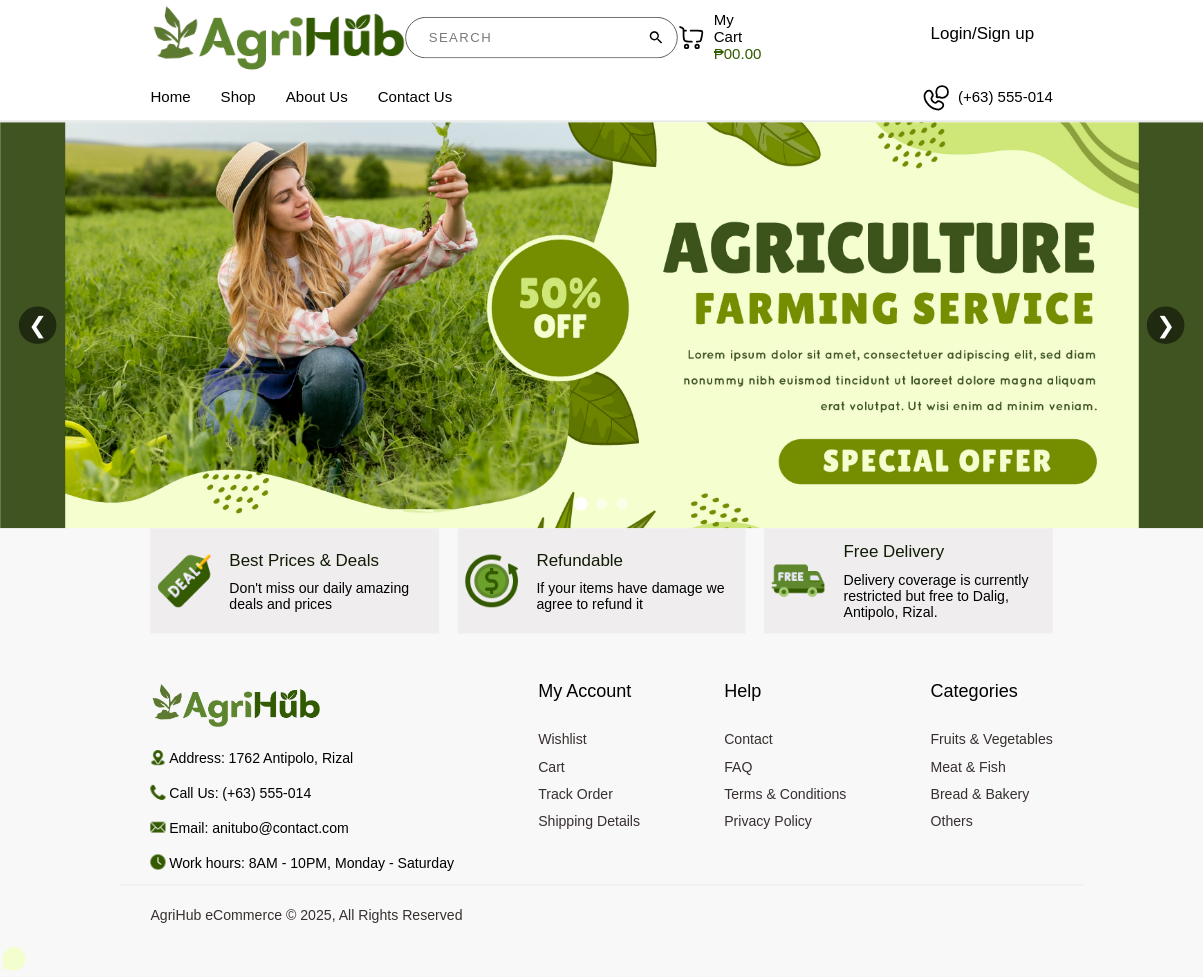
Repository: IamJanC/se2-final-project
Page: http://localhost/
These files come from the project's save history. The page is drawn as it stood at one moment and after the next save; the edit follows.
The browser window is 1280 px wide. The pictures show the whole page, at 94% of full size.
Some web fonts or font styles are not loaded; a fallback is used. The page is served by the project's application, run on Django 5.2 (manage.py). Other server files are loaded and not shown. Queries for data that is not in the repository find no rows.

Above is the page before, as saved 2025-08-10 09:30:53.
Console error: SyntaxError: Identifier 'chatLog' has already been declared

### adminpanel/templatetags/custom_filters.py
from django import template

register = template.Library()

@register.filter
def mul(value, arg):
    """Multiply two numbers safely (used for subtotal = price * quantity)."""
    try:
        return float(value) * float(arg)
    except (ValueError, TypeError):
        return 0

### templates/main/home.html
{% extends 'shared/base.html' %}
{% load static %}


{% block title %}Home{% endblock %}

{% block extra_head %}
<!-- Homepage-specific styles only -->
<link rel="stylesheet" href="{% static 'css/Homepage.css' %}" />
{% endblock %}


{% block content %}
<!-- === Main Starts Here ==== -->
<main class="page-main">

    <!-- === Carousel Section ==== -->
    <section class="carousel-section">
        <div class="carousel-container">
            <div class="carousel-slides">
                <div class="carousel-slide">
                    <img src="/static/images/Temporaries/temp agri banner.jpg" alt="Banner 3">
                </div>
                <div class="carousel-slide">
                    <img src="/static/images/Temporaries/temp agri banner.jpg" alt="Banner 1">
                </div>
                <div class="carousel-slide">
                    <img src="/static/images/Temporaries/temp agri banner.jpg" alt="Banner 2">
                </div>
            </div>
            <button class="carousel-btn" id="prevBtn">&#10094;</button>
            <button class="carousel-btn" id="nextBtn">&#10095;</button>
            <div class="carousel-indicators">
                <div class="indicator active" data-index="0"></div>
                <div class="indicator" data-index="1"></div>
                <div class="indicator" data-index="2"></div>
            </div>
        </div>
    </section>

    <!-- === Product Section ==== -->
<!-- === Product Section ==== -->
<section class="container product-section">

  {% for category, products in products_by_category.items %}
  <div class="category-product-list" id="{{ category.slug }}">

    <div class="product-category-header">
      <h3>{{ category.name }}</h3>
      <a href="{% url 'main:shop' %}?category={{ category.slug }}">View All ></a>
    </div>

    <div class="products-list">
      {% if products %}
        {% for product in products %}
        <div class="product">
            <a href="{% url 'main:product_detail' product.id %}" class="product-card-link">
                <div class="product-img-wrap">
                  <img src="{{ product.image_url }}" alt="{{ product.name }}">
                </div>
                <div class="product-title">
                  <h3>{{ product.name }}</h3>
                </div>
                <div class="product-info-left">
                  <p class="price">₱{{ product.price }}</p>
                  <progress value="{{ product.stock }}" max="100"></progress>
                  <p class="stock">Stock: {{ product.stock }}</p>
                </div>
            </a>
            <button class="add-to-cart-btn">Add to cart</button>
        </div>
        {% endfor %}
      {% else %}
        <p>No products available in this category.</p>
      {% endif %}
    </div>
  </div>
  {% endfor %}

</section>

</main>
<!-- === Main Ends Here ==== -->
{% endblock %}

### templates/shared/chatbot_widget.html
{% load static %}

<!-- Floating Chat Icon -->
<div id="chat-icon">
    <svg
        width="32"
        height="32"
        viewBox="0 0 24 24"
        fill="none"
        xmlns="http://www.w3.org/2000/svg"
    >
        <path d="M12 22C17.5228 22 22 17.5228 22 12C22 6.477 17.5228 2 12 2C6.477 2 2 6.477 2 12C2 13.6 2.376 15.112 3.043 16.453C3.221 16.809 3.28 17.216 3.177 17.601L2.582 19.827C2.323 20.793 3.207 21.677 4.173 21.419L6.399 20.823C6.784 20.72 7.191 20.779 7.548 20.957C8.888 21.624 10.4 22 12 22Z" fill="#f3fece"></path>
    </svg>
</div>

<!-- Chatbot Container -->
<div id="chatbot-container">
    <div id="chat-header">
        <span>AgriHub Chatbot</span>
        <span id="close-chat" title="Close">✖</span>
    </div>

    <div id="chat-log"></div>

    <!-- Complaint Form -->
    <div id="complaint-section" style="display:none;">
        <h4>Submit a Complaint</h4>
        <form id="complaint-form">
            {% csrf_token %}
            <textarea
                name="complaint_text"
                id="complaint-text"
                placeholder="Type your complaint here..."
                required
            ></textarea>
            <button type="submit">Send</button>
        </form>
    </div>

    <!-- Question Options -->
    <div id="question-options"></div>
</div>

<!-- Chatbot Script -->
<script src="{% static 'js/chatbot.js' %}"></script>

### main/views.py
from django.shortcuts import render                 # type: ignore
from products.models import Product, Category
from orders.models import Order
from django.contrib import messages
from django.shortcuts import get_object_or_404, render
from products.views import get_all_products  # import logic layer for product gallery
from collections import defaultdict
from django.db.models import Min, Max, Count

def get_home_context():
    from collections import defaultdict
    products_by_category = defaultdict(list)

    categories = Category.objects.all()
    for category in categories:
        products = Product.objects.filter(category=category)[:5]
        if products.exists():
            products_by_category[category] = products

    return {
        'products_by_category': dict(products_by_category)
    }



def home(request):
    context = get_home_context()
    return render(request, 'main/home.html', context)


def product(request):
    return render(request, 'main/product.html')

def shop(request):
    products = Product.objects.all()

    category_slug = request.GET.get('category')
    if category_slug:
        category = get_object_or_404(Category, slug=category_slug)
        products = products.filter(category=category)
    else:
        category = None

    sort = request.GET.get('sort')
    if sort == 'price_low':
        products = products.order_by('price')
    elif sort == 'price_high':
        products = products.order_by('-price')
    elif sort == 'rating':
        products = products.order_by('-rating')
    else:
        products = products.order_by('-id')

    price_max = request.GET.get('price_max')
    if price_max:
        products = products.filter(price__lte=price_max)


    categories = Category.objects.annotate(product_count=Count('product'))
    price_range = Product.objects.aggregate(
        min_price=Min('price'),
        max_price=Max('price')
    )

    return render(request, 'main/gallery.html', {
        'products': products,
        'categories': categories,
        'min_price': price_range['min_price'],
        'max_price': price_range['max_price'],
        'selected_category': category_slug
    })


# Product Description Rendering
def product_detail(request, product_id):
    product = get_object_or_404(Product, id=product_id)  # 🔄 Use this instead
    return render(request, 'main/product.html', {'product': product})




# will fix this later
def add_to_cart(request):
    if request.method == 'POST':
        product_id = request.POST.get('product_id')
        quantity = int(request.POST.get('quantity', 1))

        product = get_object_or_404(Product, id=product_id)

        Order.objects.create(
            user=request.user,
            product=product,
            quantity=quantity,
            status='Pending'
        )

        messages.success(request, 'Order placed successfully!')  # ✅ Add this
        return redirect('home')

def admin_dashboard(request):
    recent_orders = Order.objects.select_related('user').order_by('-created_at')[:5]  # last 5 orders
    return render(request, 'main/admin.html')

### core/urls.py
"""
URL configuration for core project.

The `urlpatterns` list routes URLs to views. For more information please see:
    https://docs.djangoproject.com/en/5.2/topics/http/urls/
Examples:
Function views
    1. Add an import:  from my_app import views
    2. Add a URL to urlpatterns:  path('', views.home, name='home')
Class-based views
    1. Add an import:  from other_app.views import Home
    2. Add a URL to urlpatterns:  path('', Home.as_view(), name='home')
Including another URLconf
    1. Import the include() function: from django.urls import include, path
    2. Add a URL to urlpatterns:  path('blog/', include('blog.urls'))
"""
from django.contrib import admin            # type: ignore
from django.urls import path, include       # type: ignore
from testdb import views as testdb_views    # 👈 import your login_view
from django.contrib.auth import views as auth_views  # 🔐 built-in authentication views
from products import views as product_views  # 👈 make sure this is still imported

urlpatterns = [
    path('admin/', admin.site.urls),  # 👈 admin panel
    path('', include('main.urls')),   # 👈 main app routing
    path('login', testdb_views.login_view, name='login'),  # 👈 login
    path('register', testdb_views.register_view, name='register'),  # 👈 register
    path('logout/', auth_views.LogoutView.as_view(next_page='/'), name='logout'),  # 👈 logout
    path('orders/', include('orders.urls')),            # 👈 orders app
    path('products/', include('products.urls')),  # 👈 for products
    path('chatbot/', include('chatbot.urls')),   #chatbot


]

### main/urls.py
from django.urls import path                    # type: ignore
from . import views

app_name = 'main'  # ✅ Helps with reverse lookup la

urlpatterns = [
    path('', views.home, name='home'), # <- to home
    path('shop/', views.shop, name='shop'),
    path('shop/<int:product_id>/', views.product_detail, name='product_detail'),
    path('admin-dashboard/', views.admin_dashboard, name='admin_dashboard'),
    path('product/', views.product, name='product'), # <- ?? check later
    path('add-to-cart/', views.add_to_cart, name='add_to_cart'), # >- ?? check later we don't have add to cart yet

]

### orders/urls.py
from django.urls import path
from . import views

app_name = 'orders'

urlpatterns = [
    path('', views.my_orders, name='my_orders'),  # User-facing orders page
    path('create/', views.create_order, name='create_order'),  # Page to create a new order
]

### products/urls.py
from django.urls import path
from . import views

app_name = 'products'

urlpatterns = [
    path('product/<int:product_id>/', views.product_detail, name='product_detail'),
    path('search/', views.search_products, name='search_products'), # for search feature
]

### chatbot/urls.py
from django.urls import path
from . import views

urlpatterns = [
    path('submit-complaint/', views.submit_complaint, name='submit_complaint'),
]

Loaded but not shown: orders/templatetags/custom_filters.py (common file); chatbot/static/js/chatbot.js (276 lines, source omitted); templates/shared/base.html (802 lines, source omitted); static/css/navbar.css (672 lines, source omitted); static/css/Homepage.css (346 lines, source omitted); static/css/footer.css (231 lines, source omitted); static/css/chatbot.css (210 lines, source omitted)

After the next save:
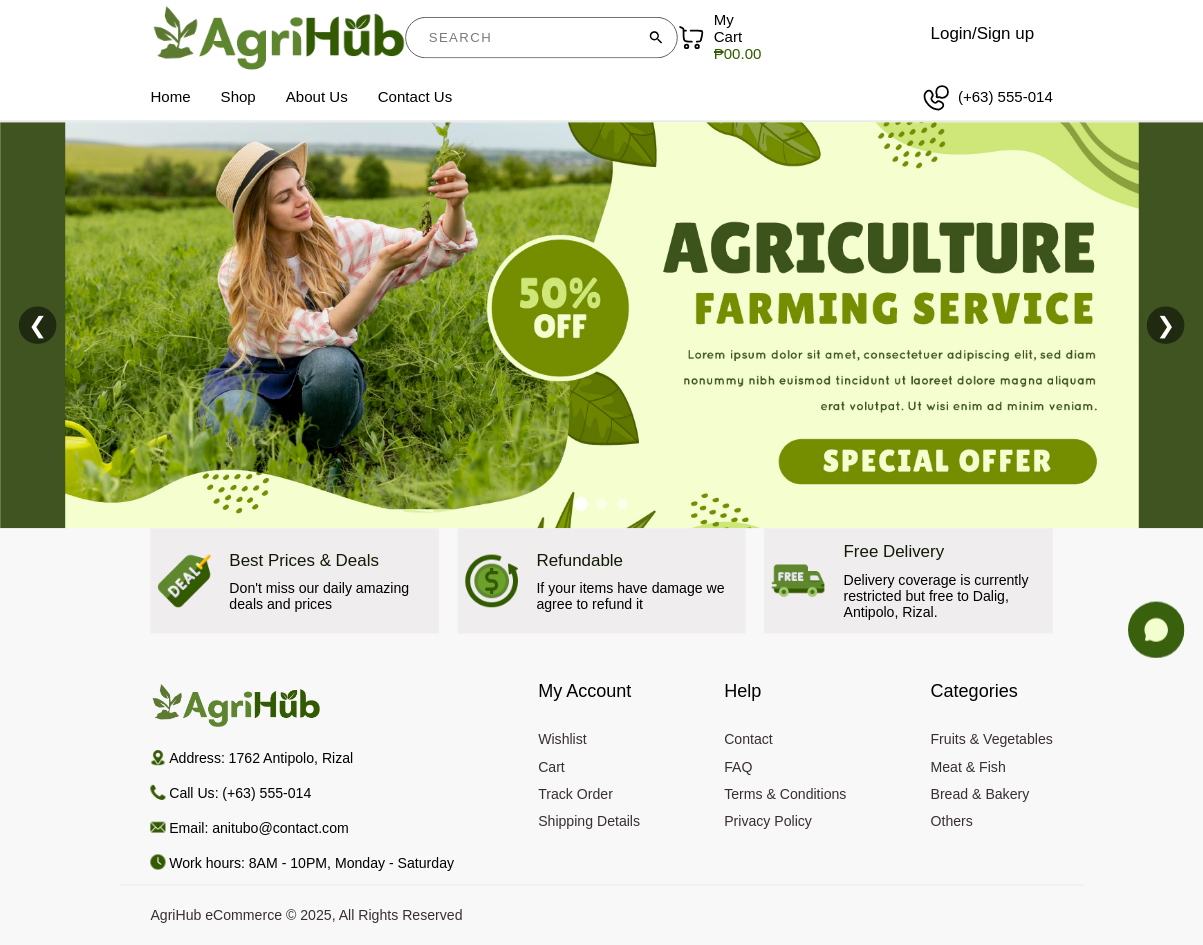
Saved 4 s later.
--- a/templates/shared/chatbot_widget.html
+++ b/templates/shared/chatbot_widget.html
@@ -1,45 +1,64 @@
 {% load static %}
 
 <!-- Floating Chat Icon -->
-<div id="chat-icon">
+<div id="chat-icon" style="
+    position: fixed;
+    bottom: 20px;
+    right: 20px;
+    background-color: #39600c;
+    color: white;
+    border-radius: 50%;
+    width: 60px;
+    height: 60px;
+    display: flex;
+    align-items: center;
+    justify-content: center;
+    font-size: 30px;
+    cursor: pointer;
+    z-index: 999;
+">
     <svg
-        width="32"
-        height="32"
+        width="50"
+        height="50"
         viewBox="0 0 24 24"
         fill="none"
         xmlns="http://www.w3.org/2000/svg"
     >
-        <path d="M12 22C17.5228 22 22 17.5228 22 12C22 6.477 17.5228 2 12 2C6.477 2 2 6.477 2 12C2 13.6 2.376 15.112 3.043 16.453C3.221 16.809 3.28 17.216 3.177 17.601L2.582 19.827C2.323 20.793 3.207 21.677 4.173 21.419L6.399 20.823C6.784 20.72 7.191 20.779 7.548 20.957C8.888 21.624 10.4 22 12 22Z" fill="#f3fece"></path>
+        <path d="M12 22C17.5228 22 22 17.5228 22 12C22 6.47715 17.5228 2 12 2C6.47715 2 2 6.47715 2 12C2 13.5997 2.37562 15.1116 3.04346 16.4525C3.22094 16.8088 3.28001 17.2161 3.17712 17.6006L2.58151 19.8267C2.32295 20.793 3.20701 21.677 4.17335 21.4185L6.39939 20.8229C6.78393 20.72 7.19121 20.7791 7.54753 20.9565C8.88837 21.6244 10.4003 22 12 22Z" fill="#f3fece"></path>
     </svg>
 </div>
 
 <!-- Chatbot Container -->
-<div id="chatbot-container">
-    <div id="chat-header">
-        <span>AgriHub Chatbot</span>
-        <span id="close-chat" title="Close">✖</span>
+<div id="chatbot-container" style="
+    display: none;
+    position: fixed;
+    bottom: 80px;
+    right: 20px;
+    width: 350px;
+    max-height: 500px;
+    border: 1px solid #ccc;
+    background-color: white;
+    box-shadow: 0px 0px 10px rgba(0,0,0,0.1);
+    z-index: 1000;
+    border-radius: 8px;
+    overflow: hidden;
+    flex-direction: column;
+">
+    <div id="chat-header" style="
+        background-color: #5f862c;
+        color: white;
+        padding: 10px;
+        font-weight: bold;
+        display: flex;
+        justify-content: space-between;
+        align-items: center;
+    ">
+        AgriHub Chatbot
+        <span id="close-chat" style="cursor: pointer;">✖</span>
     </div>
-
-    <div id="chat-log"></div>
-
-    <!-- Complaint Form -->
-    <div id="complaint-section" style="display:none;">
-        <h4>Submit a Complaint</h4>
-        <form id="complaint-form">
-            {% csrf_token %}
-            <textarea
-                name="complaint_text"
-                id="complaint-text"
-                placeholder="Type your complaint here..."
-                required
-            ></textarea>
-            <button type="submit">Send</button>
-        </form>
-    </div>
-
-    <!-- Question Options -->
-    <div id="question-options"></div>
+    <div id="chat-log" style="padding: 10px; height: 200px; overflow-y: auto;"></div>
+    <div id="question-options" style="padding: 10px;"></div>
 </div>
 
-<!-- Chatbot Script -->
+<!-- Load chatbot functionality -->
 <script src="{% static 'js/chatbot.js' %}"></script>

After the save that followed:
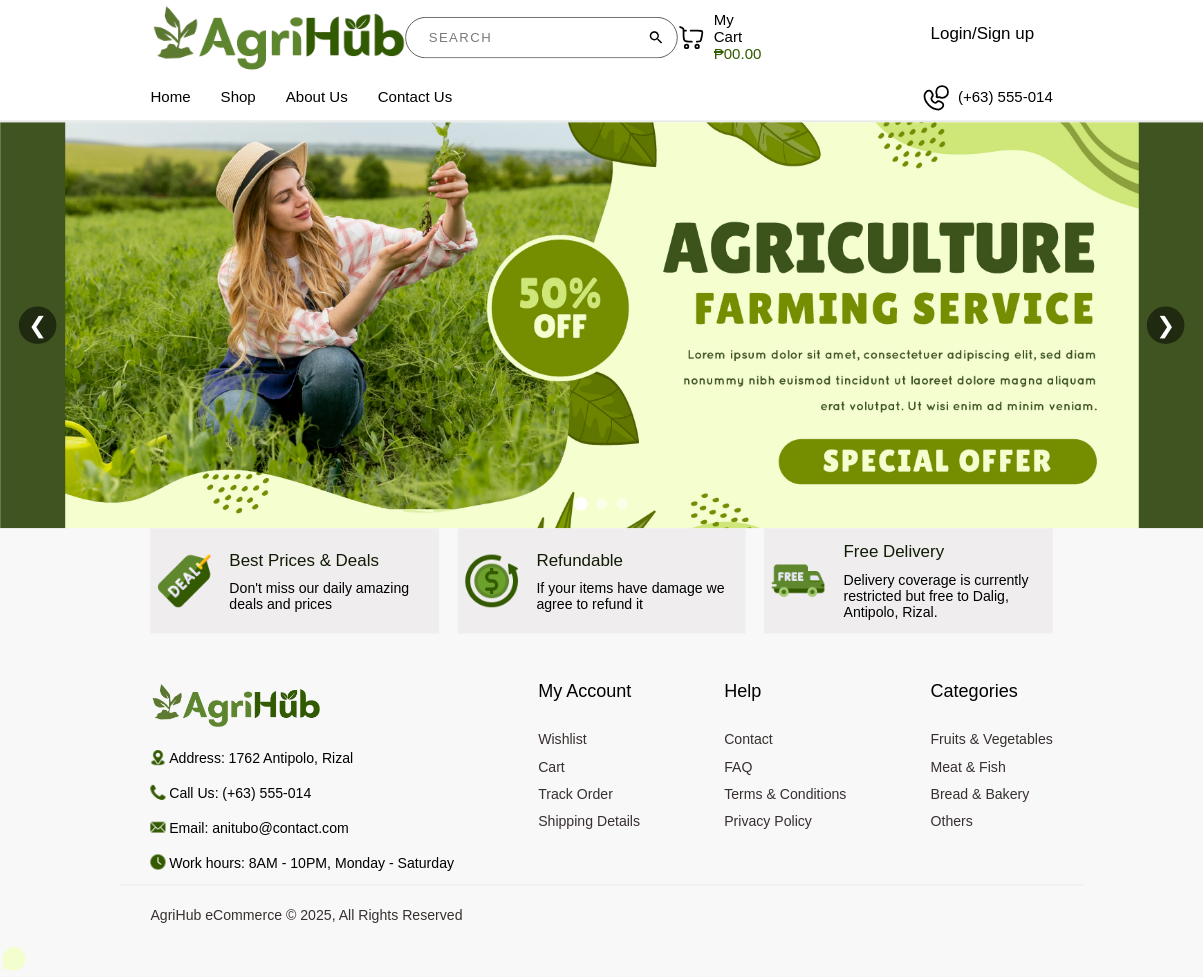
Saved 22 s later.
--- a/templates/shared/chatbot_widget.html
+++ b/templates/shared/chatbot_widget.html
@@ -1,64 +1,45 @@
 {% load static %}
 
 <!-- Floating Chat Icon -->
-<div id="chat-icon" style="
-    position: fixed;
-    bottom: 20px;
-    right: 20px;
-    background-color: #39600c;
-    color: white;
-    border-radius: 50%;
-    width: 60px;
-    height: 60px;
-    display: flex;
-    align-items: center;
-    justify-content: center;
-    font-size: 30px;
-    cursor: pointer;
-    z-index: 999;
-">
+<div id="chat-icon">
     <svg
-        width="50"
-        height="50"
+        width="32"
+        height="32"
         viewBox="0 0 24 24"
         fill="none"
         xmlns="http://www.w3.org/2000/svg"
     >
-        <path d="M12 22C17.5228 22 22 17.5228 22 12C22 6.47715 17.5228 2 12 2C6.47715 2 2 6.47715 2 12C2 13.5997 2.37562 15.1116 3.04346 16.4525C3.22094 16.8088 3.28001 17.2161 3.17712 17.6006L2.58151 19.8267C2.32295 20.793 3.20701 21.677 4.17335 21.4185L6.39939 20.8229C6.78393 20.72 7.19121 20.7791 7.54753 20.9565C8.88837 21.6244 10.4003 22 12 22Z" fill="#f3fece"></path>
+        <path d="M12 22C17.5228 22 22 17.5228 22 12C22 6.477 17.5228 2 12 2C6.477 2 2 6.477 2 12C2 13.6 2.376 15.112 3.043 16.453C3.221 16.809 3.28 17.216 3.177 17.601L2.582 19.827C2.323 20.793 3.207 21.677 4.173 21.419L6.399 20.823C6.784 20.72 7.191 20.779 7.548 20.957C8.888 21.624 10.4 22 12 22Z" fill="#f3fece"></path>
     </svg>
 </div>
 
 <!-- Chatbot Container -->
-<div id="chatbot-container" style="
-    display: none;
-    position: fixed;
-    bottom: 80px;
-    right: 20px;
-    width: 350px;
-    max-height: 500px;
-    border: 1px solid #ccc;
-    background-color: white;
-    box-shadow: 0px 0px 10px rgba(0,0,0,0.1);
-    z-index: 1000;
-    border-radius: 8px;
-    overflow: hidden;
-    flex-direction: column;
-">
-    <div id="chat-header" style="
-        background-color: #5f862c;
-        color: white;
-        padding: 10px;
-        font-weight: bold;
-        display: flex;
-        justify-content: space-between;
-        align-items: center;
-    ">
-        AgriHub Chatbot
-        <span id="close-chat" style="cursor: pointer;">✖</span>
+<div id="chatbot-container">
+    <div id="chat-header">
+        <span>AgriHub Chatbot</span>
+        <span id="close-chat" title="Close">✖</span>
     </div>
-    <div id="chat-log" style="padding: 10px; height: 200px; overflow-y: auto;"></div>
-    <div id="question-options" style="padding: 10px;"></div>
+
+    <div id="chat-log"></div>
+
+    <!-- Complaint Form -->
+    <div id="complaint-section" style="display:none;">
+        <h4>Submit a Complaint</h4>
+        <form id="complaint-form">
+            {% csrf_token %}
+            <textarea
+                name="complaint_text"
+                id="complaint-text"
+                placeholder="Type your complaint here..."
+                required
+            ></textarea>
+            <button type="submit">Send</button>
+        </form>
+    </div>
+
+    <!-- Question Options -->
+    <div id="question-options"></div>
 </div>
 
-<!-- Load chatbot functionality -->
+<!-- Chatbot Script -->
 <script src="{% static 'js/chatbot.js' %}"></script>
